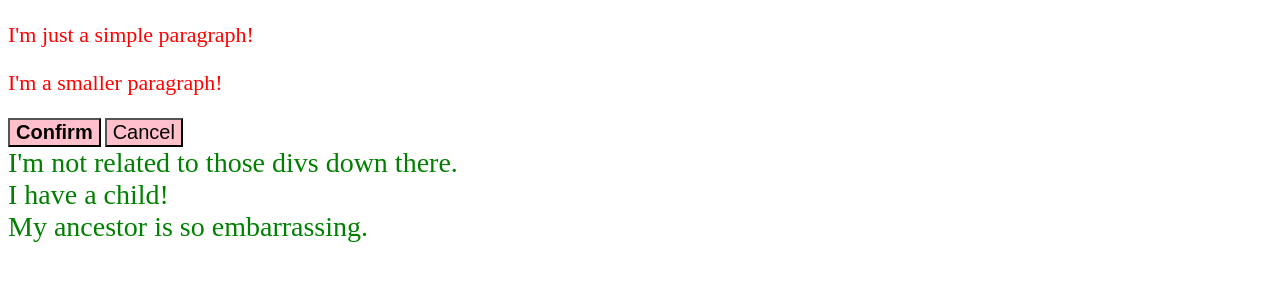
Repository: evemcd/odin_project
Page: odin-css-foundation/06-cascade-fix/index.html
An editor plug-in stored every save of this project. The page is shown before and after the next save, followed by the edit.
The browser window is 1280 px wide. The pictures show the whole page.

Above is the page before, as saved 2022-02-01 12:59:21.

### odin-css-foundation/06-cascade-fix/index.html
<!DOCTYPE html>
<html lang="en">
<head>
  <meta charset="UTF-8">
  <meta http-equiv="X-UA-Compatible" content="IE=edge">
  <meta name="viewport" content="width=device-width, initial-scale=1.0">
  <title>Fix the Cascade</title>
  <link rel="stylesheet" href="style.css">
</head>
<body>
  <p class="para">I'm just a simple paragraph!</p>
  <p class="para small-para">I'm a smaller paragraph!</p>

  <button id="confirm-button" class="button confirm">Confirm</button>
  <button id="cancel-button" class="button cancel">Cancel</button>

  <div class="text">I'm not related to those divs down there.</div>
  <div class="text">I have a child!
    <div class="text child">My ancestor is so embarrassing.</div>
  </div>
</body>
</html>

### odin-css-foundation/06-cascade-fix/style.css
.para,
.small-para {
    color: hsl(0, 100%, 50%);
}

.para {
    font-size: 22px;
}

.para .small-para {
    font-size: 12px;
}

.confirm {
    background: green;
    color: white;
    font-size: 20px;
    font-weight: bold;
}

.button {
    background-color: #ffc0cb;
    color: black;
    font-size: 20px;
}

.child {
    color: red;
    font-size: 14px;
}

div.text {
    color: green;
    font-size: 28px;
}

After the next save:
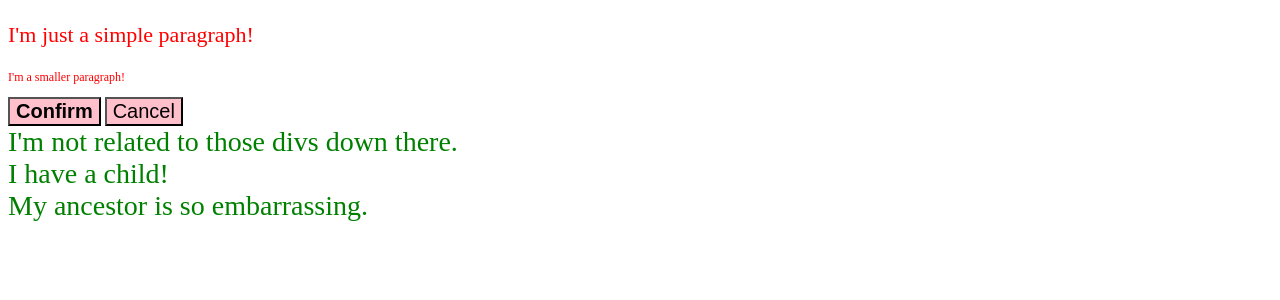
Saved 20 s later.
--- a/odin-css-foundation/06-cascade-fix/style.css
+++ b/odin-css-foundation/06-cascade-fix/style.css
@@ -7,7 +7,7 @@
     font-size: 22px;
 }
 
-.para .small-para {
+.para.small-para {
     font-size: 12px;
 }
 
